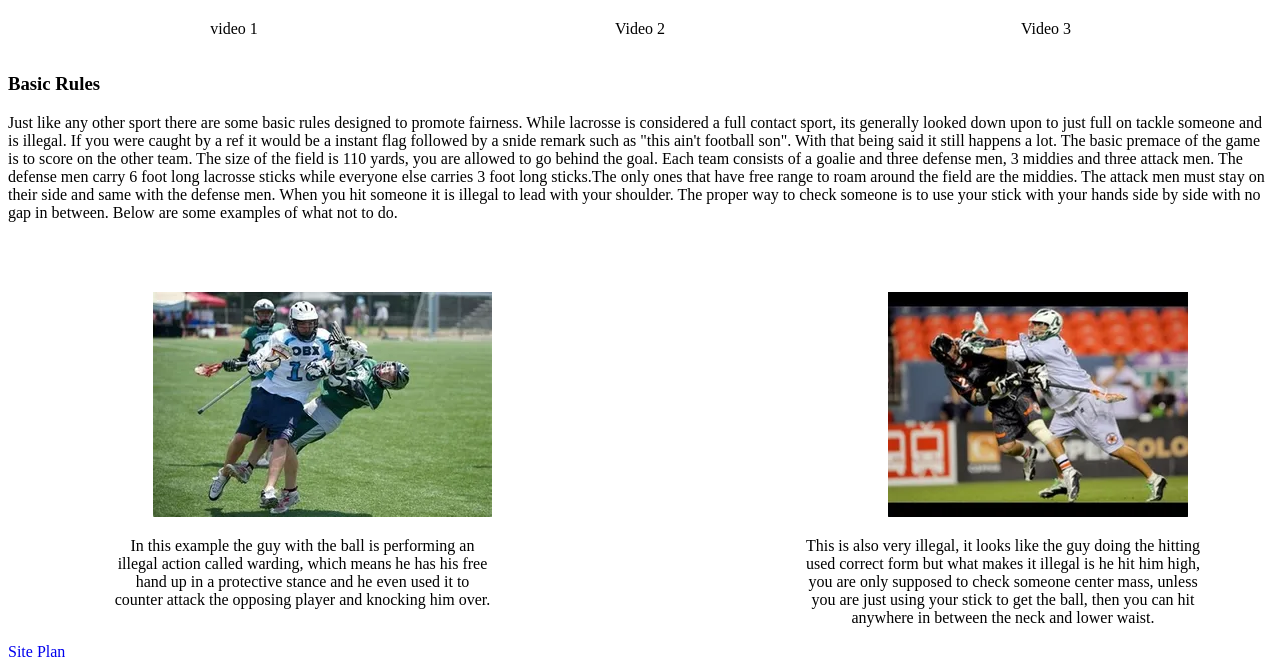
Repository: nak97/personal-site
Page: lacrosse.html
The author's editor kept a copy of each file at every save. The page is drawn from the files as they stood at one save, then again after the next save.
The browser window is 1280 px wide. The pictures show the part of the page from y = 540 to 1229 px (the page is 1209 px tall before and 1229 px after).

Above is the page before, as saved 2023-03-17 09:30:40.

### lacrosse.html
<!DOCTYPE html>
<html lang="en">
<head>
  <meta charset="UTF-8">
  <meta http-equiv="X-UA-Compatible" content="IE=edge">
  <meta name="viewport" content="width=device-width, initial-scale=1.0">
  <title>Lacrosse</title>
  <link rel="stylesheet" href="personal-site.css">
</head>
<body>
  <div class="container">

  <nav>
    <a href="site-plan.html" target="_blank">Home</a>
    <a href="football.html" target="_blank">Football</a>
    <a href="mma.html" target="_blank">MMA</a>
  </nav>

  <h3>Lacrosse</h3>
  <p>
    Lacrosse is a fun sport to play, I enjoyed it in Highschool and I will never forget the way it felt to knock someone out and have their whole team trying to take me down.
    Unfortunately it wasn't recorded but that is what inspired me to have a page that is dedicated to nothing but watching some good ole highlights from a very under-rated sport.
    One thing that I really like about lacrosse is the fact that it is an Original American sport. The Ancient Americans would play this sport to please the Great Creator, or God.
    The name lacrosse is a French name which means cross. That is the name given by French colonizers because in their eyes the sticks that were used back then looked like wooden crosses.
    Lacrosse was played for several other reasons as well, including settling disputes with other tribes or bets, as well as to condition young warriors for combat.
     When it was played it was a big event. It has been said that these games had over a thousand players, and the goal posts could range from 400 yards apart to well over two miles, it probably depended on how many players there were.
  </p>
  <section>
  <div class="Laxvideos">
    <div
    class="vid1"><iframe width="360" height="315" src="https://www.youtube-nocookie.com/embed/7RFdiprP1FA" title="YouTube video player" frameborder="0" allow="accelerometer; autoplay; clipboard-write; encrypted-media; gyroscope; picture-in-picture; web-share" allowfullscreen></iframe>
    <p>video 1</p>
    </div>

    <div class="vid2">
      <iframe width="360" height="315" src="https://www.youtube-nocookie.com/embed/xJCC4pTYXT8" title="YouTube video player" frameborder="0" allow="accelerometer; autoplay; clipboard-write; encrypted-media; gyroscope; picture-in-picture; web-share" allowfullscreen></iframe>
      <p>Video 2</p>
    </div>

    <div class="vid3">
      <iframe width="360" height="315" src="https://www.youtube-nocookie.com/embed/F7HaGgAxq8M" title="YouTube video player" frameborder="0" allow="accelerometer; autoplay; clipboard-write; encrypted-media; gyroscope; picture-in-picture; web-share" allowfullscreen></iframe>
      <p>Video 3</p>
    </div>
  </div>
</section>

<section>

  <h3> Basic Rules  </h3>
  <p>Just like any other sport there are some basic rules designed to promote fairness. While lacrosse is considered a full contact sport, its generally looked down upon to just full on tackle someone and is illegal. If you were caught by a ref it would be a instant flag followed by a snide remark such as "this ain't football son". With that being said it still happens a lot. The basic premace of the game is to score on the other team. The size of the field is 110 yards, you are allowed to go behind the goal. Each team consists of a goalie and three defense men, 3 middies and three attack men. The defense men carry 6 foot long lacrosse sticks while everyone else carries 3 foot long sticks.The only ones that have free range to roam around the field are the middies. The attack men must stay on their side and same with the defense men. When you hit someone it is illegal to lead with your shoulder. The proper way to check someone is to use your stick with your hands side by side with no gap in between. Below are some examples of what not to do.   </p>
<div class="images">

<div class="img1">
  <img src="./images/lacrosse-hit-one.webp" alt="image for page3" class="img-1">
  <p>
    In this example the guy with the ball is performing an illegal action called warding, which means he has his free hand up in a protective stance and he even used it to counter attack the opposing player and knocking him over.
  </p>
</div>


<div class="img2">
  <img src="./images/lacross-hit-two.webp" alt="image for page3" class="img-2">
<p>
This is also very illegal, it looks like the guy doing the hitting used correct form but what makes it illegal is he hit him high, you are only supposed to check someone center mass, unless you are just using your stick to get the ball, then you can hit anywhere in between the neck and lower waist.
</p>
</div>

</div>
</section>

    <footer><a href="site-plan.html"> Site Plan</a></footer>
  </div>
</body>
</html>

### personal-site.css
.container {
  display: grid;
}

a{
  text-decoration: none;
}
nav{
  display: flex;
  justify-content: space-evenly;
}

.Laxvideos{
  display: flex;
  justify-content: space-evenly;
  text-align: center;
}

.images {
  display: flex;
  justify-content: space-between;
  padding-top: 54px;
}

.img1{
  margin-left: 105px;
}
.img1 p{
  text-align: center;

}

.img2{
  margin-left: 312px;
}

.img2 p{

  text-align: center;
  margin-right: 70px;
}

.img-1{
  margin-left: 40px;
}



.img-2{
  margin-left: 84px;
}

After the next save:
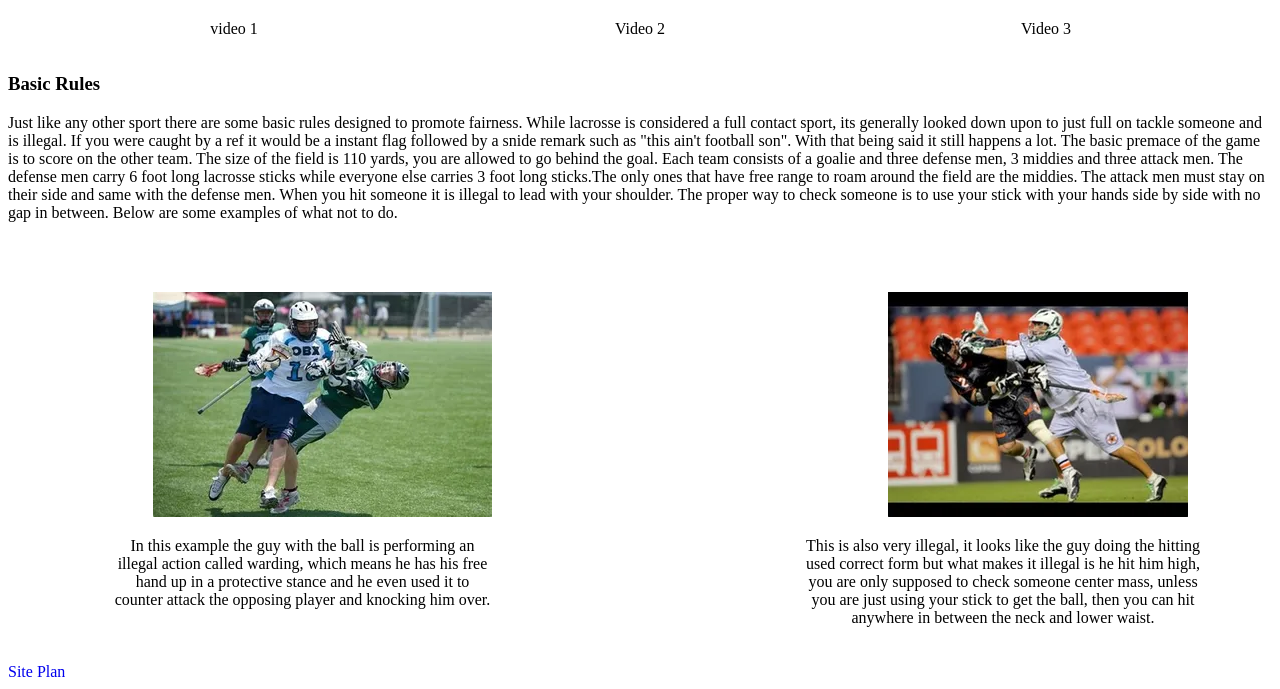
Saved 30 s later.
--- a/personal-site.css
+++ b/personal-site.css
@@ -49,3 +49,5 @@ nav{
 .img-2{
   margin-left: 84px;
 }
+
+footer{margin-top: 20px;}
